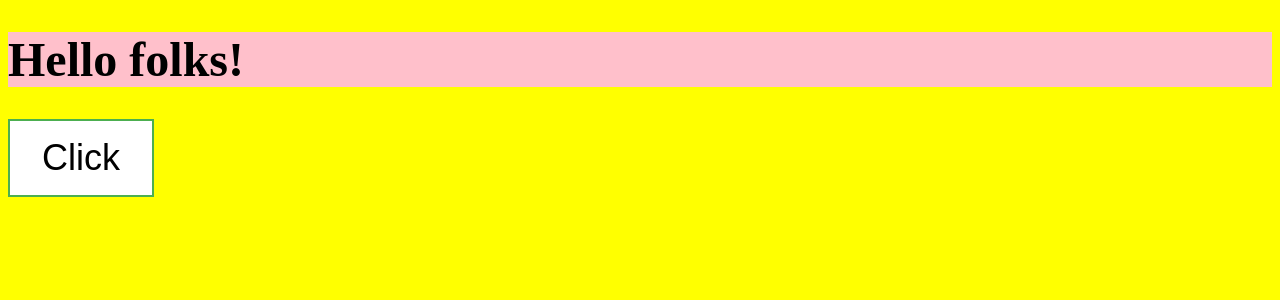
Repository: aakriti-tech/GlobalLogic
Page: Akki/WebContent/index.html
These files come from the project's save history. The page is drawn as it stood at one moment and after the next save; the edit follows.
The browser window is 1280 px wide. The pictures show the whole page.

Above is the page before, as saved 2022-08-01 05:50:07.

After the next save:
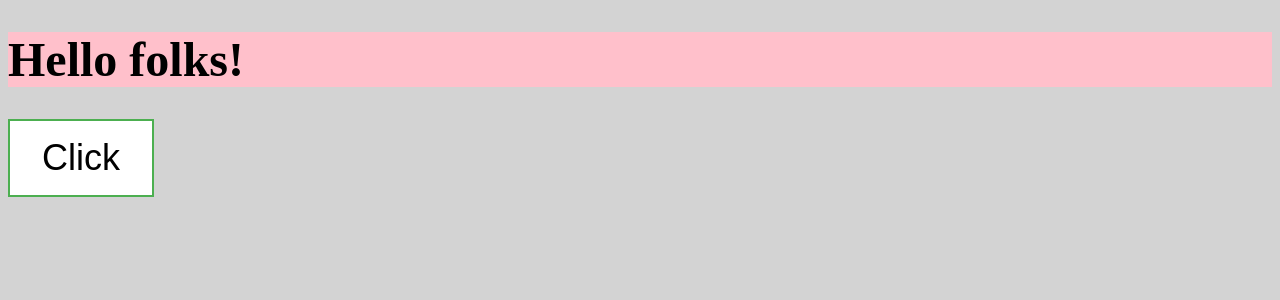
Saved 47 s later.
--- a/Akki/WebContent/index.html
+++ b/Akki/WebContent/index.html
@@ -5,7 +5,7 @@
 <title>First Web App</title>
 <style>
 body{
-background-color:yellow;}
+background-color:LightGray;}
 h1{
 font-size:48px;
 }
